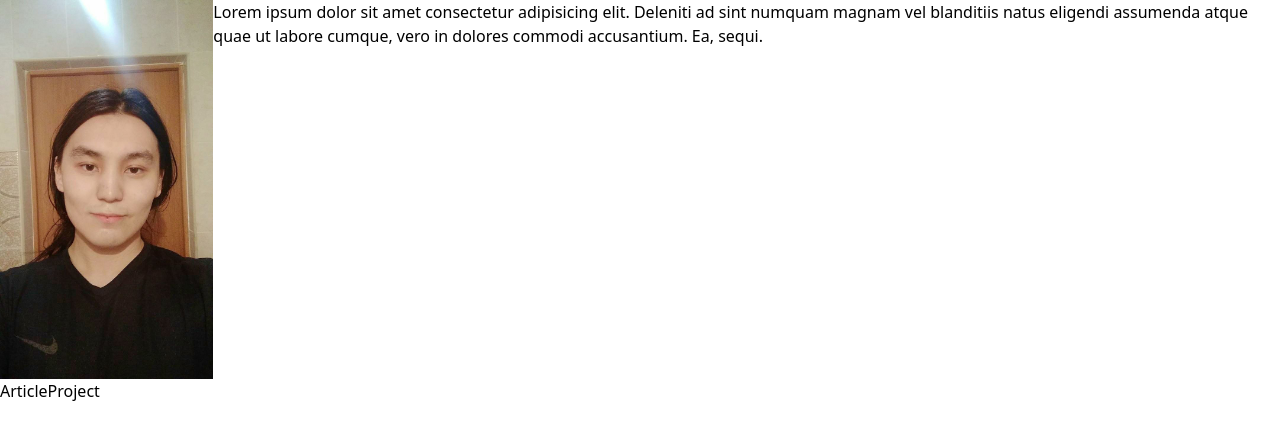
Repository: SkuldFuture/my-app
Page: /
An editor plug-in stored every save of this project. The page is shown before and after the next save, followed by the edit.
The browser window is 1280 px wide. The pictures show the whole page.
The project was rebuilt for these pictures with package versions that can differ from the ones it lists, and the page was loaded fresh each time. Also part of the build but not shown: src/App.css.

Above is the page before, as saved 2023-02-13 18:48:24.

After the next save:
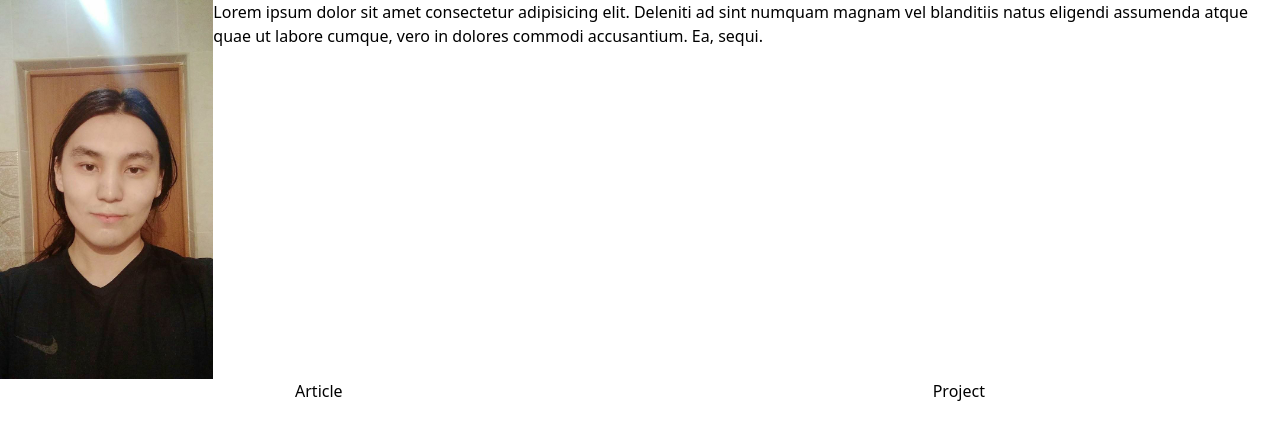
Saved 13 s later.
--- a/src/pages/Home.tsx
+++ b/src/pages/Home.tsx
@@ -6,7 +6,7 @@ export function Home() {
   return (
     <>
       <Header />
-      <div className="flex flex-row">
+      <div className="flex flex-row justify-around">
         <Articles />
         <Projects />
       </div>
